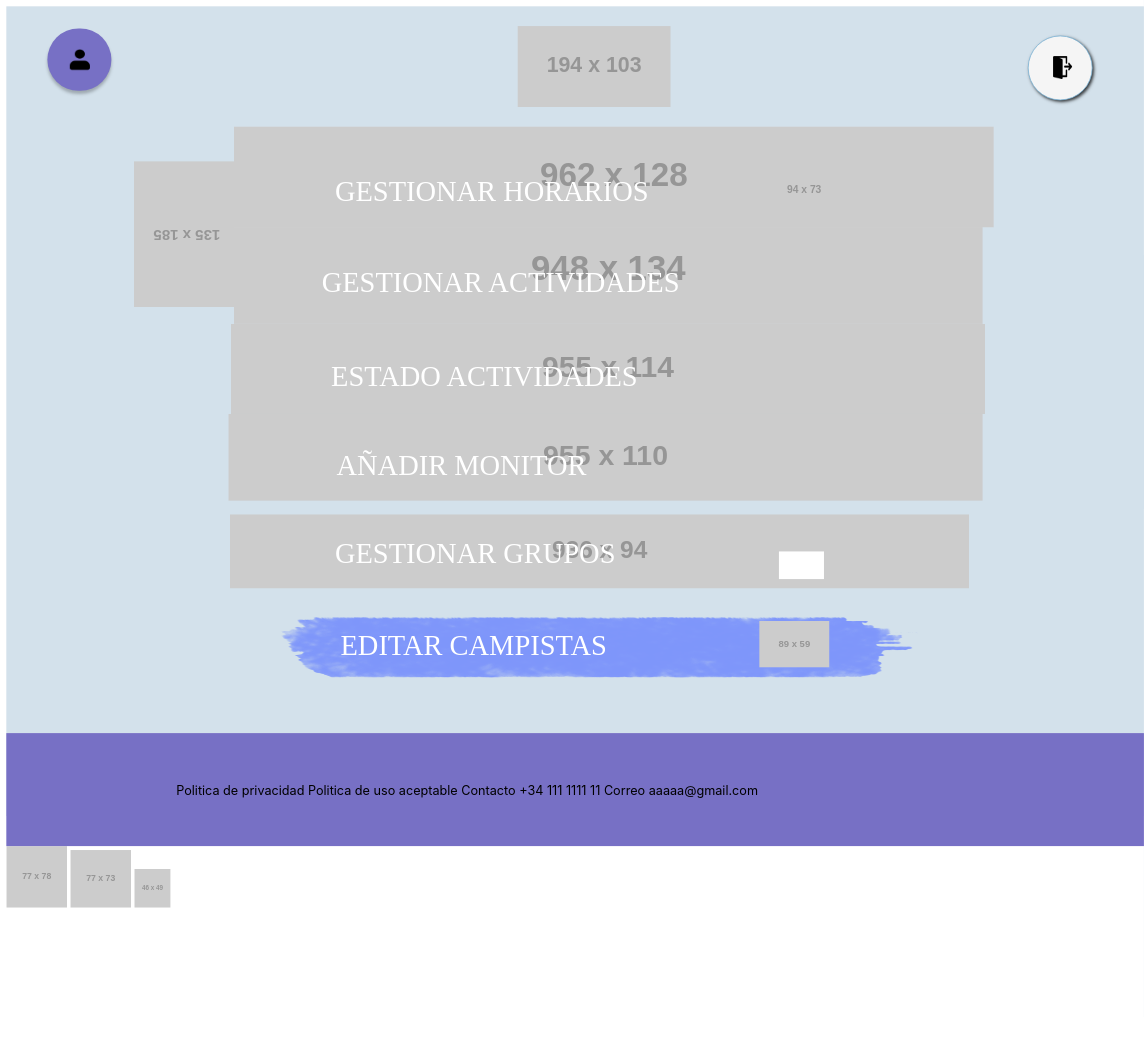
Repository: maariadomiingo/Proyecto-Integrador-Campamento
Page: html/interfaz_coordinador.html
An editor plug-in stored every save of this project. The page is shown before and after a run of saves, followed by the edit.
The browser window is 1280 px wide. The page is 1448 px wide, so the pictures cover 1448 px, including what lies to the right of the window. The pictures show the whole page, at 79% of full size.

Above is the page before, as saved 2025-01-31 12:26:22.

### html/interfaz_coordinador.html
<!DOCTYPE html>
<html lang="en">
<head>
  <meta charset="UTF-8">
  <meta name="viewport" content="width=device-width, initial-scale=1.0">
  <title>Document</title>
</head>
<body>


<div style="width: 1440px; height: 1063px; position: relative; background: white">
  <div style="width: 1440px; height: 1025px; left: 0px; top: 0px; position: absolute; background: #D3E1EB"></div>
  <div style="width: 81px; height: 79px; left: 52px; top: 28px; position: absolute; background: #7770C5; box-shadow: 0px 4px 4px rgba(0, 0, 0, 0.25); border-radius: 9999px"></div>
  <img style="width: 34px; height: 31px; left: 76px; top: 52px; position: absolute" src="../img/user.png" />
  <div style="width: 80px; height: 80px; left: 1293px; top: 37px; position: absolute; background: #F5F5F5; box-shadow: 2px 2px 4px rgba(0, 0, 0, 0.75); border-radius: 9999px; border: 1px #7AB3D7 solid"></div>
  <img style="width: 24px; height: 29px; left: 1325px; top: 63px; position: absolute" src="../img/cerrar-sesion.png" />
  <div style="width: 1440px; height: 143px; left: 0px; top: 920px; position: absolute; background: #7770C5"></div>
  <div style="width: 1009px; left: 215px; top: 982px; position: absolute; color: black; font-size: 16px; font-family: Inter; font-weight: 400; word-wrap: break-word">Politica de privacidad                 Politica de uso aceptable                 Contacto +34 111 1111 11                  Correo aaaaa@gmail.com</div>
  <div style="width: 407px; height: 125px; left: 187px; top: 300px; position: absolute"></div>
  <img style="width: 940px; height: 400px; left: 288px; top: 630px; position: absolute" src="../img/trazo-pincel.png" />
  <img style="width: 936px; height: 94px; left: 283px; top: 643px; position: absolute" src="https://via.placeholder.com/936x94" />
  <div style="width: 955px; height: 110px; left: 281px; top: 516px; position: absolute">
    <img style="width: 955px; height: 110px; left: 0px; top: 0px; position: absolute" src="https://via.placeholder.com/955x110" />
    <div style="width: 455px; height: 17.65px; left: 137px; top: 44px; position: absolute; color: white; font-size: 36px; font-family: Montserrat; font-weight: 500; word-wrap: break-word">AÑADIR MONITOR</div>
  </div>
  <div style="width: 955px; height: 114px; left: 284px; top: 402px; position: absolute">
    <img style="width: 955px; height: 114px; left: 0px; top: 0px; position: absolute" src="https://via.placeholder.com/955x114" />
    <div style="width: 533px; height: 18.30px; left: 127px; top: 46.41px; position: absolute; color: white; font-size: 36px; font-family: Montserrat; font-weight: 500; word-wrap: break-word">ESTADO ACTIVIDADES</div>
  </div>
  <div style="width: 948px; height: 134px; left: 288px; top: 268px; position: absolute">
    <img style="width: 948px; height: 134px; left: 0px; top: 0px; position: absolute" src="https://via.placeholder.com/948x134" />
    <div style="width: 566.81px; height: 21.51px; left: 111.19px; top: 61.17px; position: absolute; color: white; font-size: 36px; font-family: Montserrat; font-weight: 500; word-wrap: break-word">GESTIONAR ACTIVIDADES</div>
  </div>
  <img style="width: 135px; height: 185px; left: 296px; top: 381px; position: absolute; transform: rotate(180deg); transform-origin: 0 0" src="https://via.placeholder.com/135x185" />
  <div style="width: 651px; height: 863px; left: 670px; top: 463px; position: absolute"></div>
  <div style="width: 962px; height: 128px; left: 288px; top: 152px; position: absolute">
    <img style="width: 962px; height: 128px; left: 0px; top: 0px; position: absolute" src="https://via.placeholder.com/962x128" />
    <div style="width: 584.25px; height: 20.54px; left: 127.93px; top: 60.84px; position: absolute; color: white; font-size: 36px; font-family: Montserrat; font-weight: 500; word-wrap: break-word">GESTIONAR HORARIOS</div>
    <img style="width: 93.68px; height: 73.48px; left: 674.91px; top: 44.25px; position: absolute" src="https://via.placeholder.com/94x73" />
  </div>
  <img style="width: 194px; height: 103px; left: 647px; top: 25px; position: absolute" src="https://via.placeholder.com/194x103" />
  <img style="width: 89px; height: 59px; left: 953px; top: 778px; position: absolute" src="https://via.placeholder.com/89x59" />
  <div style="width: 100px; height: 100px; left: 646px; top: 210px; position: absolute"></div>
  <div style="width: 455px; height: 60px; left: 423px; top: 788px; position: absolute; color: white; font-size: 36px; font-family: Montserrat; font-weight: 500; word-wrap: break-word">EDITAR CAMPISTAS</div>
  <div style="width: 455px; height: 17.65px; left: 416px; top: 672px; position: absolute; color: white; font-size: 36px; font-family: Montserrat; font-weight: 500; word-wrap: break-word">GESTIONAR GRUPOS</div>
  <div style="width: 69px; height: 70px; padding-left: 5.75px; padding-right: 5.75px; padding-top: 17.50px; padding-bottom: 17.50px; left: 966px; top: 655px; position: absolute; flex-direction: column; justify-content: center; align-items: center; display: inline-flex">
    <div style="width: 57.50px; height: 35px; background: white"></div>
  </div>
</div>
<img style="width: 77px; height: 78px" src="https://via.placeholder.com/77x78" />
<img style="width: 77px; height: 73px" src="https://via.placeholder.com/77x73" />
<img style="width: 46px; height: 49px" src="https://via.placeholder.com/46x49" />
</body>
</html>

After the next 3 saves:
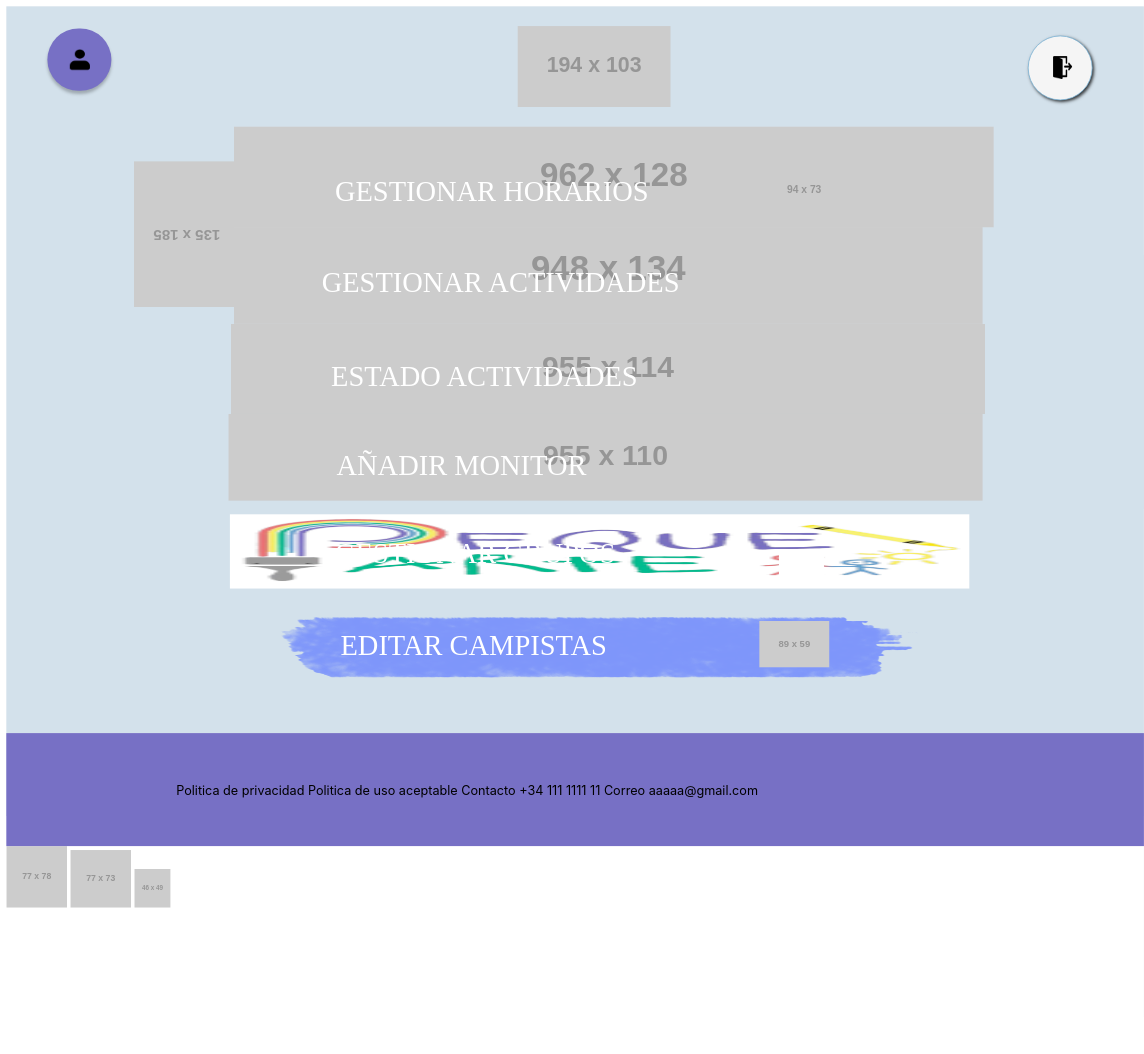
The 3 saves are shown as one change because they came seconds apart.
The last was saved 63 s later.
--- a/html/interfaz_coordinador.html
+++ b/html/interfaz_coordinador.html
@@ -18,7 +18,7 @@
   <div style="width: 1009px; left: 215px; top: 982px; position: absolute; color: black; font-size: 16px; font-family: Inter; font-weight: 400; word-wrap: break-word">Politica de privacidad                 Politica de uso aceptable                 Contacto +34 111 1111 11                  Correo aaaaa@gmail.com</div>
   <div style="width: 407px; height: 125px; left: 187px; top: 300px; position: absolute"></div>
   <img style="width: 940px; height: 400px; left: 288px; top: 630px; position: absolute" src="../img/trazo-pincel.png" />
-  <img style="width: 936px; height: 94px; left: 283px; top: 643px; position: absolute" src="https://via.placeholder.com/936x94" />
+  <img style="width: 936px; height: 94px; left: 283px; top: 643px; position: absolute" src="../img/logo.png" />
   <div style="width: 955px; height: 110px; left: 281px; top: 516px; position: absolute">
     <img style="width: 955px; height: 110px; left: 0px; top: 0px; position: absolute" src="https://via.placeholder.com/955x110" />
     <div style="width: 455px; height: 17.65px; left: 137px; top: 44px; position: absolute; color: white; font-size: 36px; font-family: Montserrat; font-weight: 500; word-wrap: break-word">AÑADIR MONITOR</div>
